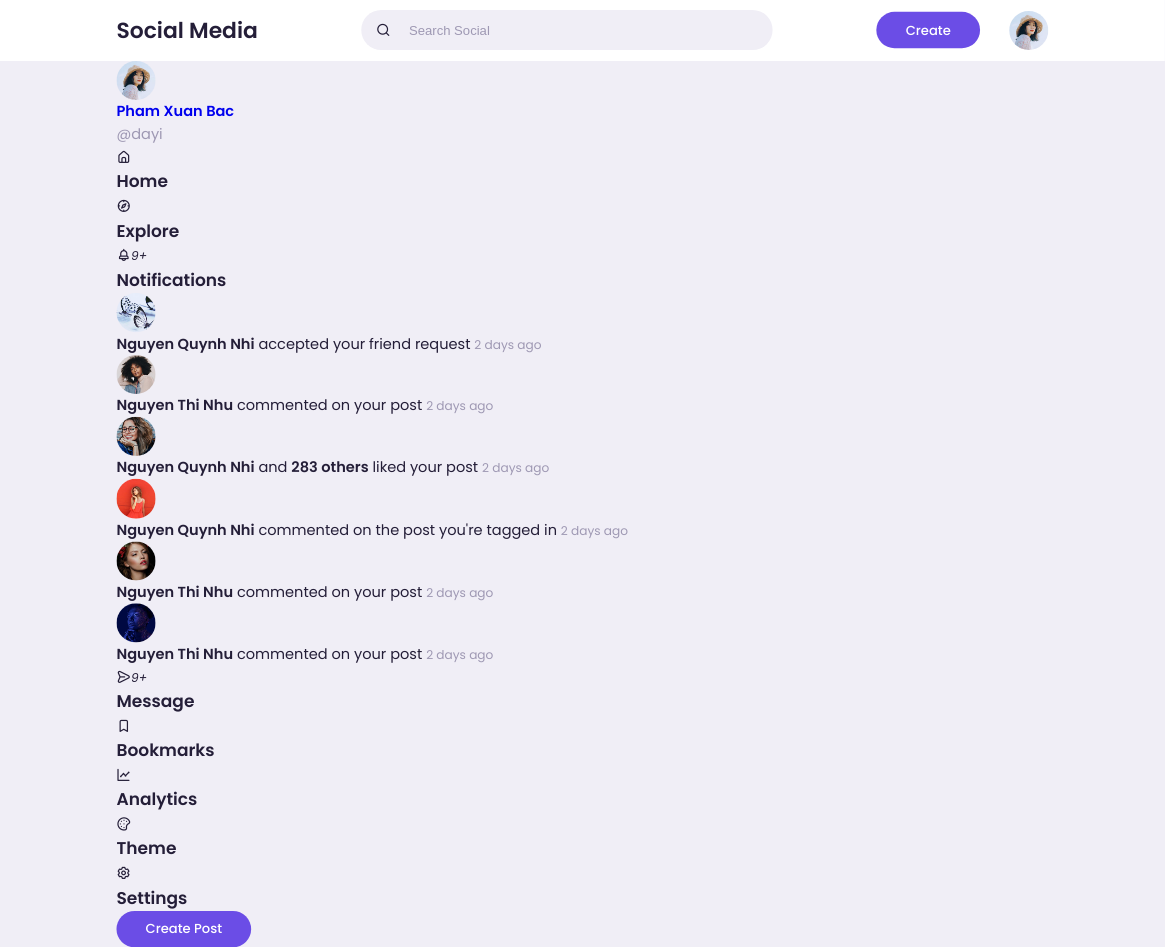
Repository: northpx/socialMedia
Page: index.html
The author's editor kept a copy of each file at every save. The page is drawn from the files as they stood at one save, then again after the next save.
The browser window is 1280 px wide. The pictures show the whole page, at 91% of full size.

Above is the page before, as saved 2023-03-07 17:16:52.

### index.html
<!DOCTYPE html>
<html lang="en">
<head>
    <meta charset="UTF-8">
    <meta http-equiv="X-UA-Compatible" content="IE=edge">
    <meta name="viewport" content="width=device-width, initial-scale=1.0">
    <link rel="stylesheet" href="/css/style.css">
    <link rel="stylesheet" href="https://unicons.iconscout.com/release/v4.0.0/css/line.css">
    <title>Social Media</title>
</head>
<body>
    <nav>
        <div class="container">
            <h2 class="logo">
                Social Media
            </h2>
            <div class="search-bar">
                <i class="uil uil-search"></i>
                <input type="search" placeholder="Search Social">
            </div>
            <div class="create">
                <label for="create-post" class="btn btn-primary">Create</label>
                <div class="profile-picture">
                    <img src="./images/profile-1.jpg" alt="">
                </div>
            </div>
        </div>
    </nav>

    <main>
        <div class="container">
            <!-- ===========LEFT================ -->
            <div class="left">
                <a href="#" class="profile">
                    <div class="profile-picture">
                        <img src="./images/profile-1.jpg" alt="">
                    </div>
                    <div class="handle">
                        <h4>Pham Xuan Bac</h4>
                        <p class="text-muted">
                            @dayi
                        </p>
                    </div>
                </a>
                <!-- =================SIDEBAR=========== -->
                <div class="sidebar">
                    <a class="menu-item active">
                        <span><i class="uil uil-estate"></i></span><h3>Home</h3>
                    </a>
                    <a class="menu-item">
                        <span><i class="uil uil-compass"></i></span><h3>Explore</h3>
                    </a>
                    <a class="menu-item" id="notifications">
                        <span><i class="uil uil-bell"><small class="notifications-count">9+</small></i></span><h3>Notifications</h3>
                        <!-- -----notification popup----- -->
                        <div class="notification-popup">
                            <div>
                                <div class="profile-picture">
                                    <img src="./images/profile-2.jpg" alt="">
                                </div>
                                <div class="notification-body">
                                    <b>Nguyen Quynh Nhi</b> accepted your friend request
                                    <small class="text-muted">2 days ago</small>
                                </div>
                            </div>
                            <div>
                                <div class="profile-picture">
                                    <img src="./images/profile-3.jpg" alt="">
                                </div>
                                <div class="notification-body">
                                    <b>Nguyen Thi Nhu</b> commented on your post
                                    <small class="text-muted">2 days ago</small>
                                </div>
                            </div>
                            <div>
                                <div class="profile-picture">
                                    <img src="./images/profile-4.jpg" alt="">
                                </div>
                                <div class="notification-body">
                                    <b>Nguyen Quynh Nhi</b> and <b>283 others</b> liked your post
                                    <small class="text-muted">2 days ago</small>
                                </div>
                            </div>
                            <div>
                                <div class="profile-picture">
                                    <img src="./images/profile-5.jpg" alt="">
                                </div>
                                <div class="notification-body">
                                    <b>Nguyen Quynh Nhi</b> commented on the post you're tagged in
                                    <small class="text-muted">2 days ago</small>
                                </div>
                            </div>
                            <div>
                                <div class="profile-picture">
                                    <img src="./images/profile-6.jpg" alt="">
                                </div>
                                <div class="notification-body">
                                    <b>Nguyen Thi Nhu</b> commented on your post
                                    <small class="text-muted">2 days ago</small>
                                </div>
                            </div>
                            <div>
                                <div class="profile-picture">
                                    <img src="./images/profile-7.jpg" alt="">
                                </div>
                                <div class="notification-body">
                                    <b>Nguyen Thi Nhu</b> commented on your post
                                    <small class="text-muted">2 days ago</small>
                                </div>
                            </div>
                            <!-- end notifications popup -->
                        </div>
                    </a>
                    <a class="menu-item" id="message-notifications">
                        <span><i class="uil uil-message"><small class="notifications-count">9+</small></i></span><h3>Message</h3>
                    </a>
                    <a class="menu-item">
                        <span><i class="uil uil-bookmark"></i></span><h3>Bookmarks</h3>
                    </a>
                    <a class="menu-item">
                        <span><i class="uil uil-chart-line"></i></span><h3>Analytics</h3>
                    </a>
                    <a class="menu-item">
                        <span><i class="uil uil-palette"></i></span><h3>Theme</h3>
                    </a>
                    <a class="menu-item">
                        <span><i class="uil uil-setting"></i></span><h3>Settings</h3>
                    </a>
                </div>

                <label for="creat-post" class="btn btn-primary">Create Post</label>
            </div>
            <!-- ===============MIDDLE============== -->
            <div class="middle">

            </div>
            <!-- ==============RIGHT============== -->
            <div class="right">

            </div>
        </div>
    </main>
</body>
</html>

### css/style.css
@import url("https://fonts.googleapis.com/css2?family=Poppins:ital,wght@0,400;0,500;0,600;1,400;1,500;1,600&family=Roboto:ital,wght@0,100;0,300;0,400;0,500;0,700;0,900;1,100;1,300;1,400;1,500;1,700;1,900&display=swap");
:root {
  --color-white: hsl(252,30%,100%);
  --color-light: hsl(252,30%,95%);
  --color-gray: hsl(252,15%,65%);
  --color-primary: hsl(252,75%,60%);
  --color-secondary: hsl(252,100%,90%);
  --color-success: hsl(120,95%,65%);
  --color-danger: hsl(0,95%,65%);
  --color-dark: hsl(252,30%,17%);
  --color-black: hsl(252,30%,10%);
  --border-radius: 2rem;
  --card-border-radius: 1rem;
  --btn-padding: 0.6rem 2rem;
  --search-padding: 0.6rem 1rem;
  --card-padding: 1rem;
  --sticky-top-left: 5.4rem;
  --sticky-top-right: -18rem;
}

*, *::before, *::after {
  margin: 0;
  padding: 0;
  outline: 0;
  box-sizing: border-box;
  text-decoration: none;
  list-style: none;
  border: none;
}

body {
  font-family: "Poppins", sans-serif;
  color: var(--color-dark);
  background: var(--color-light);
  overflow-x: hidden;
}

.container{
    width: 80%;
    margin: 0 auto;
}

.profile-picture{
    width: 2.7rem;
    aspect-ratio: 1/1;
    border-radius: 50%;
    overflow: hidden;
}

img{
    display: block;
    width: 100%;
}

.btn{
    display:  inline-block;
    padding: var(--btn-padding);
    font-weight: 500;
    border-radius: var(--border-radius);
    cursor: pointer;
    transition: all .3s ease;
    font-size: 0.9rem;
}

.btn:hover{
    opacity: 0.8;
}

.btn-primary{
    background: var(--color-primary);
    color: white;
}

.text-bold{
    font-weight: 500;
}

.text-muted{
    color: var(--color-gray);
}

nav{
    width: 100%;
    background: var(--color-white);
    padding: 0.7rem 0;
    top: 0;
    z-index: 10;
}

nav .container{
    display: flex;
    align-items: center;
    justify-content: space-between;
}

nav .search-bar{
    background: var(--color-light);
    border-radius: var(--border-radius);
    padding: var(--search-padding);
}

nav .search-bar input[type="search"]{
    background: transparent;
    width: 30vw;
    margin-left: 1rem;
    font-size: 0.9rem;
    color: var(--color-dark);
}

nav .search-bar input[type="search"]::placeholder{
    color: var(--color-gray);

}

nav .create{
    display: flex;
    align-items: center;
    gap: 2rem;
}

/* main */
main{
    position: relative;
    top: ;
}

After the next save:
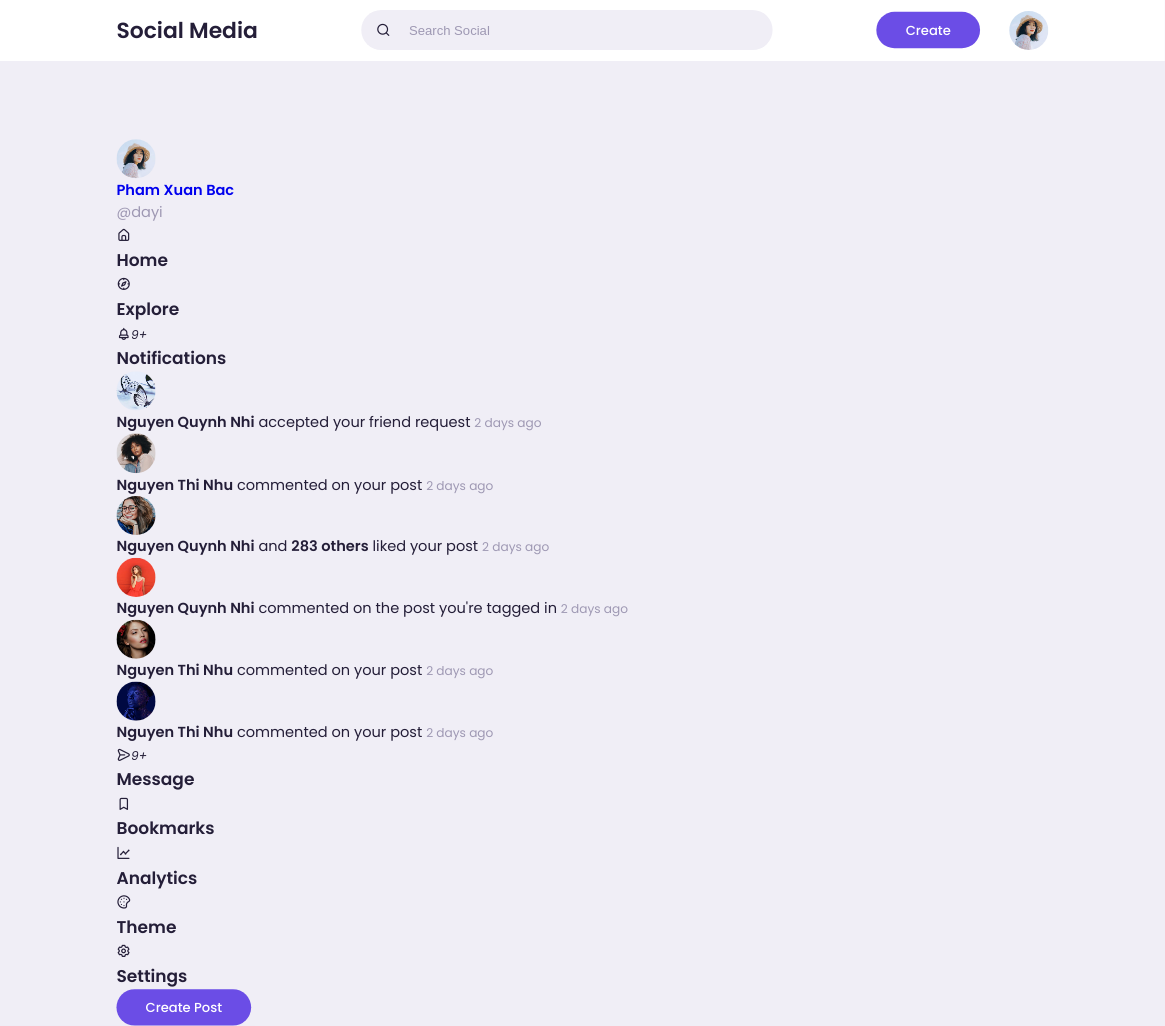
Saved 4 s later.
--- a/css/style.css
+++ b/css/style.css
@@ -121,5 +121,5 @@ nav .create{
 /* main */
 main{
     position: relative;
-    top: ;
+    top: 5.4rem;
 }
